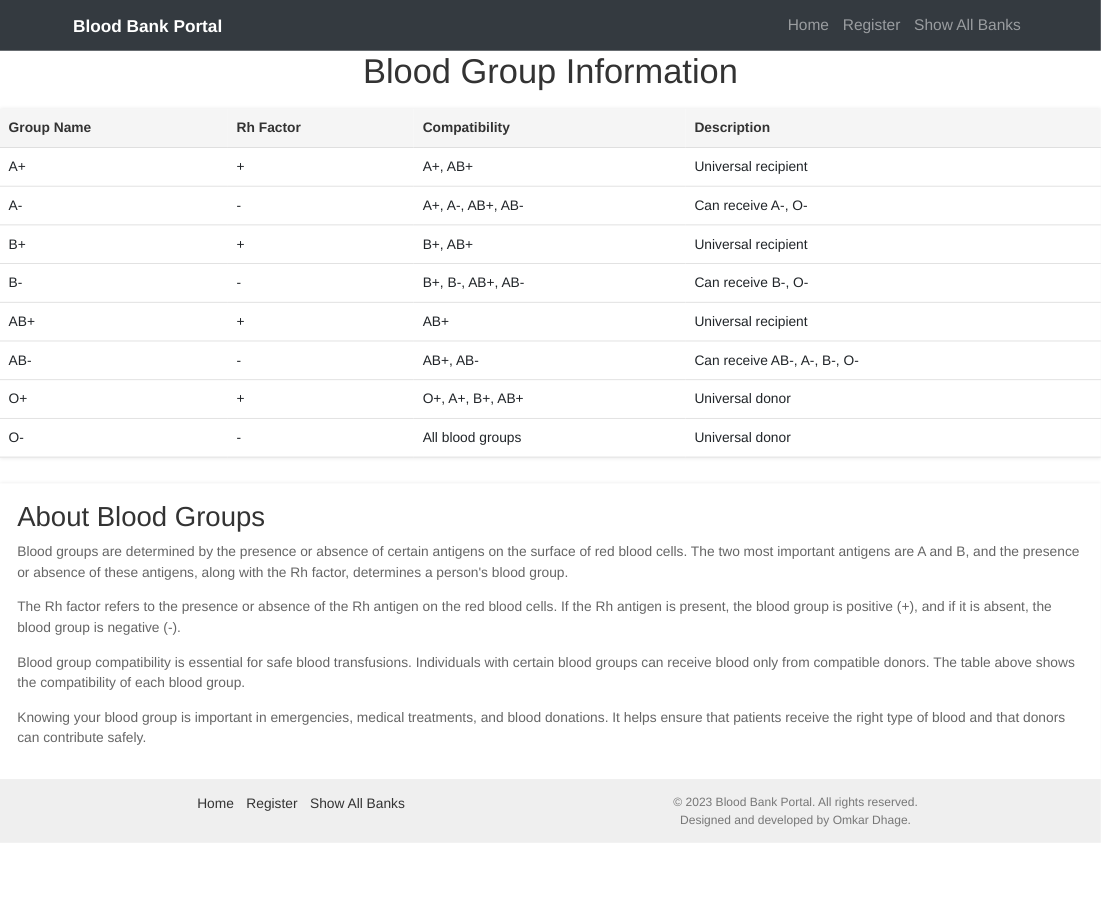
Repository: omi4535/Decentralized_Blood_Bank_System
Page: http://localhost/blood_bank_system/blood_groups_info.jsp
These files come from the project's save history. The page is drawn as it stood at one moment and after the next save; the edit follows.
The browser window is 1280 px wide. The pictures show the whole page, at 86% of full size.
Some web libraries are served in a nearby version. The page is served by Tomcat 9. Other server files are loaded and not shown.

Above is the page before, as saved 2023-07-04 19:40:53.

### blood bank system/src/main/webapp/blood_groups_info.jsp
<%@ page language="java" contentType="text/html; charset=UTF-8"
    pageEncoding="UTF-8"%>
<!DOCTYPE html>
<html>
<head>
    <title>Blood Group Information</title>
    <style>
        body {
            font-family: Arial, sans-serif;
            margin: 20px;
            background-color: #f2f2f2;
        }

        h1 {
            text-align: center;
            color: #333;
        }

        table {
            width: 100%;
            border-collapse: collapse;
            margin-top: 20px;
            background-color: #fff;
            box-shadow: 0 0 5px rgba(0, 0, 0, 0.1);
        }

        th, td {
            padding: 10px;
            text-align: left;
            border-bottom: 1px solid #ddd;
        }

        th {
            background-color: #f5f5f5;
            font-weight: bold;
            color: #333;
        }

        .info-section {
            margin-top: 30px;
            padding: 20px;
            background-color: #fff;
            box-shadow: 0 0 5px rgba(0, 0, 0, 0.1);
        }

        .info-section h2 {
            color: #333;
            margin-bottom: 10px;
        }

        .info-section p {
            color: #666;
            line-height: 1.5;
        }
    </style>
</head>
<body>
 <%@ include file="NavBar.jsp"  %>
    <h1>Blood Group Information</h1>

    <table>
        <tr>
            <th>Group Name</th>
            <th>Rh Factor</th>
            <th>Compatibility</th>
            <th>Description</th>
        </tr>
        <tr>
            <td>A+</td>
            <td>+</td>
            <td>A+, AB+</td>
            <td>Universal recipient</td>
        </tr>
        <tr>
            <td>A-</td>
            <td>-</td>
            <td>A+, A-, AB+, AB-</td>
            <td>Can receive A-, O-</td>
        </tr>
        <tr>
            <td>B+</td>
            <td>+</td>
            <td>B+, AB+</td>
            <td>Universal recipient</td>
        </tr>
        <tr>
            <td>B-</td>
            <td>-</td>
            <td>B+, B-, AB+, AB-</td>
            <td>Can receive B-, O-</td>
        </tr>
        <tr>
            <td>AB+</td>
            <td>+</td>
            <td>AB+</td>
            <td>Universal recipient</td>
        </tr>
        <tr>
            <td>AB-</td>
            <td>-</td>
            <td>AB+, AB-</td>
            <td>Can receive AB-, A-, B-, O-</td>
        </tr>
        <tr>
            <td>O+</td>
            <td>+</td>
            <td>O+, A+, B+, AB+</td>
            <td>Universal donor</td>
        </tr>
        <tr>
            <td>O-</td>
            <td>-</td>
            <td>All blood groups</td>
            <td>Universal donor</td>
        </tr>
    </table>

    <div class="info-section">
        <h2>About Blood Groups</h2>
        <p>Blood groups are determined by the presence or absence of certain antigens on the surface of red blood cells. The two most important antigens are A and B, and the presence or absence of these antigens, along with the Rh factor, determines a person's blood group.</p>
        <p>The Rh factor refers to the presence or absence of the Rh antigen on the red blood cells. If the Rh antigen is present, the blood group is positive (+), and if it is absent, the blood group is negative (-).</p>
        <p>Blood group compatibility is essential for safe blood transfusions. Individuals with certain blood groups can receive blood only from compatible donors. The table above shows the compatibility of each blood group.</p>
        <p>Knowing your blood group is important in emergencies, medical treatments, and blood donations. It helps ensure that patients receive the right type of blood and that donors can contribute safely.</p>
    </div>
     <%@ include file="footer.jsp"  %>
</body>
</html>

### blood bank system/src/main/webapp/NavBar.jsp
<%@ page language="java" contentType="text/html; charset=UTF-8"
    pageEncoding="UTF-8"%>
<!DOCTYPE html>
<html>
<head>
    <meta charset="UTF-8">
    <meta name="viewport" content="width=device-width, initial-scale=1.0">
    <title>Blood Bank Portal</title>
    <link rel="stylesheet" href="https://maxcdn.bootstrapcdn.com/bootstrap/4.5.2/css/bootstrap.min.css">
    <style>
        .navbar-brand {
            font-weight: bold;
        }

        .navbar-nav .nav-link {
            font-size: 18px;
        }
    </style>
</head>
<body>
    <nav class="navbar navbar-expand-lg navbar-dark bg-dark">
        <div class="container">
            <a class="navbar-brand" href="index.jsp">Blood Bank Portal</a>
            <button class="navbar-toggler" type="button" data-toggle="collapse" data-target="#navbarNav" aria-controls="navbarNav" aria-expanded="false" aria-label="Toggle navigation">
                <span class="navbar-toggler-icon"></span>
            </button>
            <div class="collapse navbar-collapse" id="navbarNav">
                <ul class="navbar-nav ml-auto">
                    <li class="nav-item">
                        <a class="nav-link" href="index.jsp">Home</a>
                    </li>
                    <li class="nav-item">
                        <a class="nav-link" href="registration.jsp">Register</a>
                    </li>
                    <li class="nav-item">
                        <a class="nav-link" href="/all_banks">Show All Banks</a>
                    </li>
                </ul>

            </div>
        </div>
    </nav>

</body>
</html>

### blood bank system/src/main/webapp/footer.jsp
<%@ page language="java" contentType="text/html; charset=UTF-8"
	pageEncoding="UTF-8"%>
<!DOCTYPE html>
<html lang="en">
<head>
<meta charset="UTF-8">
<meta name="viewport" content="width=device-width, initial-scale=1.0">
<title>Blood Bank Portal</title>
<link rel="stylesheet"
	href="https://maxcdn.bootstrapcdn.com/bootstrap/4.5.2/css/bootstrap.min.css">
<style>

*,
*:before,
*:after {
  -webkit-box-sizing: border-box;
  -moz-box-sizing:    border-box;
  box-sizing:         border-box;
}

html {
  height: 100%;
}

body {
  position: relative;
  margin: 0;
  padding-bottom: 4rem;
  min-height: 100%;
  font-family: "Helvetica Neue", Arial, sans-serif;
}

.footer {
	background-color: #f8f9fa;
	padding: 20px;
	position: relative;
	right: 0;
	bottom: 0;
	left: 0;
	padding: 1rem;
	background-color: #efefef;
	text-align: center;
}

.footer-links a {
	color: #333;
	margin-right: 10px;
}

.footer-info {
	color: #777;
	font-size: 14px;
}
</style>
</head>
<body>


	<footer class="footer">
		<div class="container">
			<div class="row">
				<div class="col-md-6">
					<div class="footer-links">
						<a href="index.jsp">Home</a>
						<a href="registration.jsp">Register</a>
						<a href="All_banks.jsp">Show All Banks</a>
					</div>
				</div>
				<div class="col-md-6">
					<div class="footer-info">
						&copy; 2023 Blood Bank Portal. All rights reserved. <br>
						Designed and developed by Omkar Dhage.
					</div>
				</div>
			</div>
		</div>
	</footer>

	<script src="https://code.jquery.com/jquery-3.5.1.slim.min.js"></script>
	<script
		src="https://cdn.jsdelivr.net/npm/@popperjs/core@1.16.0/dist/umd/popper.min.js"></script>
	<script
		src="https://maxcdn.bootstrapcdn.com/bootstrap/4.5.2/js/bootstrap.min.js"></script>
</body>
</html>

After the next save:
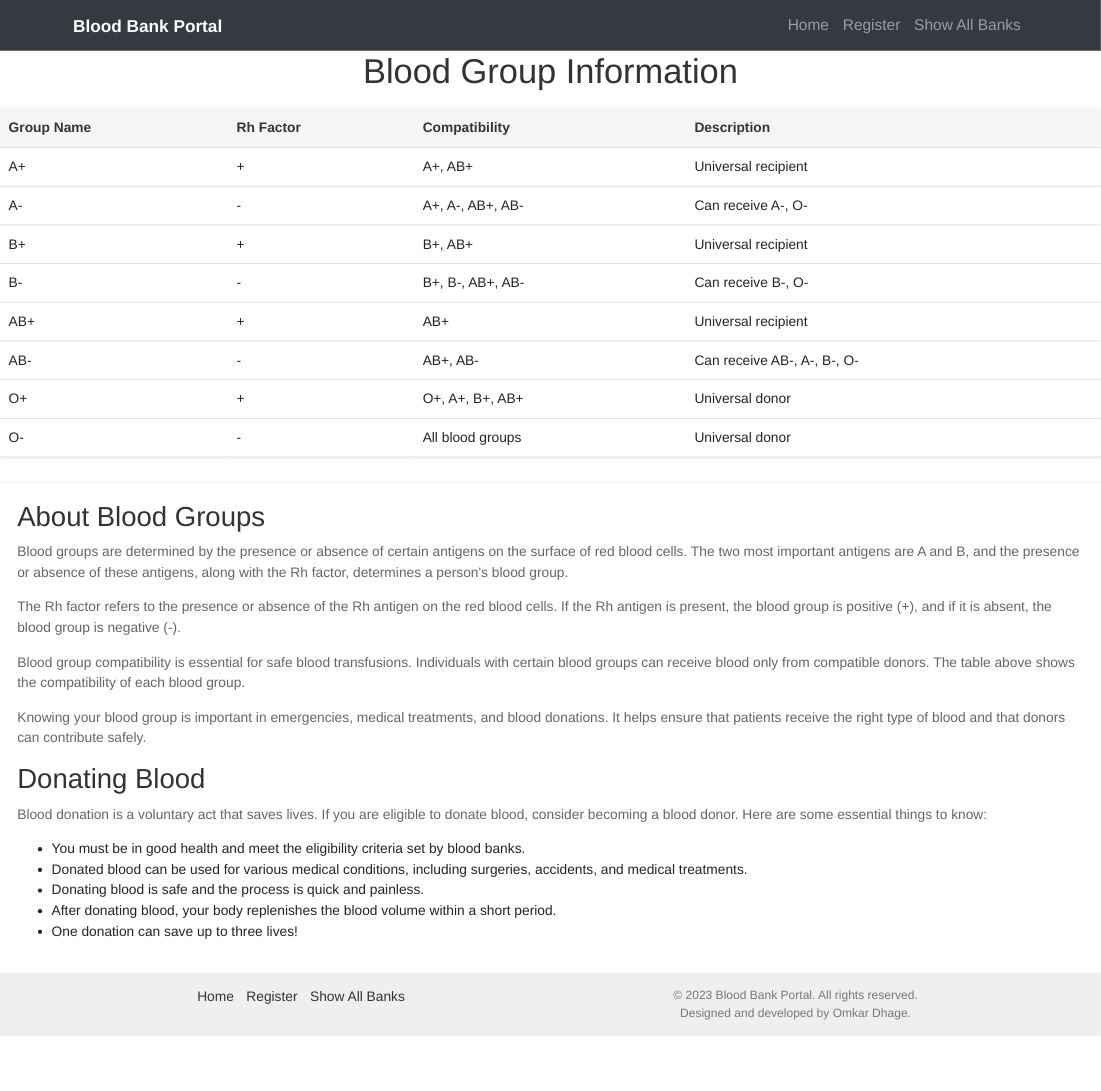
Saved 2 min 42 s later.
--- a/blood bank system/src/main/webapp/blood_groups_info.jsp
+++ b/blood bank system/src/main/webapp/blood_groups_info.jsp
@@ -116,12 +116,21 @@
     </table>
 
     <div class="info-section">
-        <h2>About Blood Groups</h2>
+          <h2>About Blood Groups</h2>
         <p>Blood groups are determined by the presence or absence of certain antigens on the surface of red blood cells. The two most important antigens are A and B, and the presence or absence of these antigens, along with the Rh factor, determines a person's blood group.</p>
         <p>The Rh factor refers to the presence or absence of the Rh antigen on the red blood cells. If the Rh antigen is present, the blood group is positive (+), and if it is absent, the blood group is negative (-).</p>
         <p>Blood group compatibility is essential for safe blood transfusions. Individuals with certain blood groups can receive blood only from compatible donors. The table above shows the compatibility of each blood group.</p>
         <p>Knowing your blood group is important in emergencies, medical treatments, and blood donations. It helps ensure that patients receive the right type of blood and that donors can contribute safely.</p>
-    </div>
+
+        <h2>Donating Blood</h2>
+        <p>Blood donation is a voluntary act that saves lives. If you are eligible to donate blood, consider becoming a blood donor. Here are some essential things to know:</p>
+        <ul>
+            <li>You must be in good health and meet the eligibility criteria set by blood banks.</li>
+            <li>Donated blood can be used for various medical conditions, including surgeries, accidents, and medical treatments.</li>
+            <li>Donating blood is safe and the process is quick and painless.</li>
+            <li>After donating blood, your body replenishes the blood volume within a short period.</li>
+            <li>One donation can save up to three lives!</li>
+        </ul></div>
      <%@ include file="footer.jsp"  %>
 </body>
 </html>
